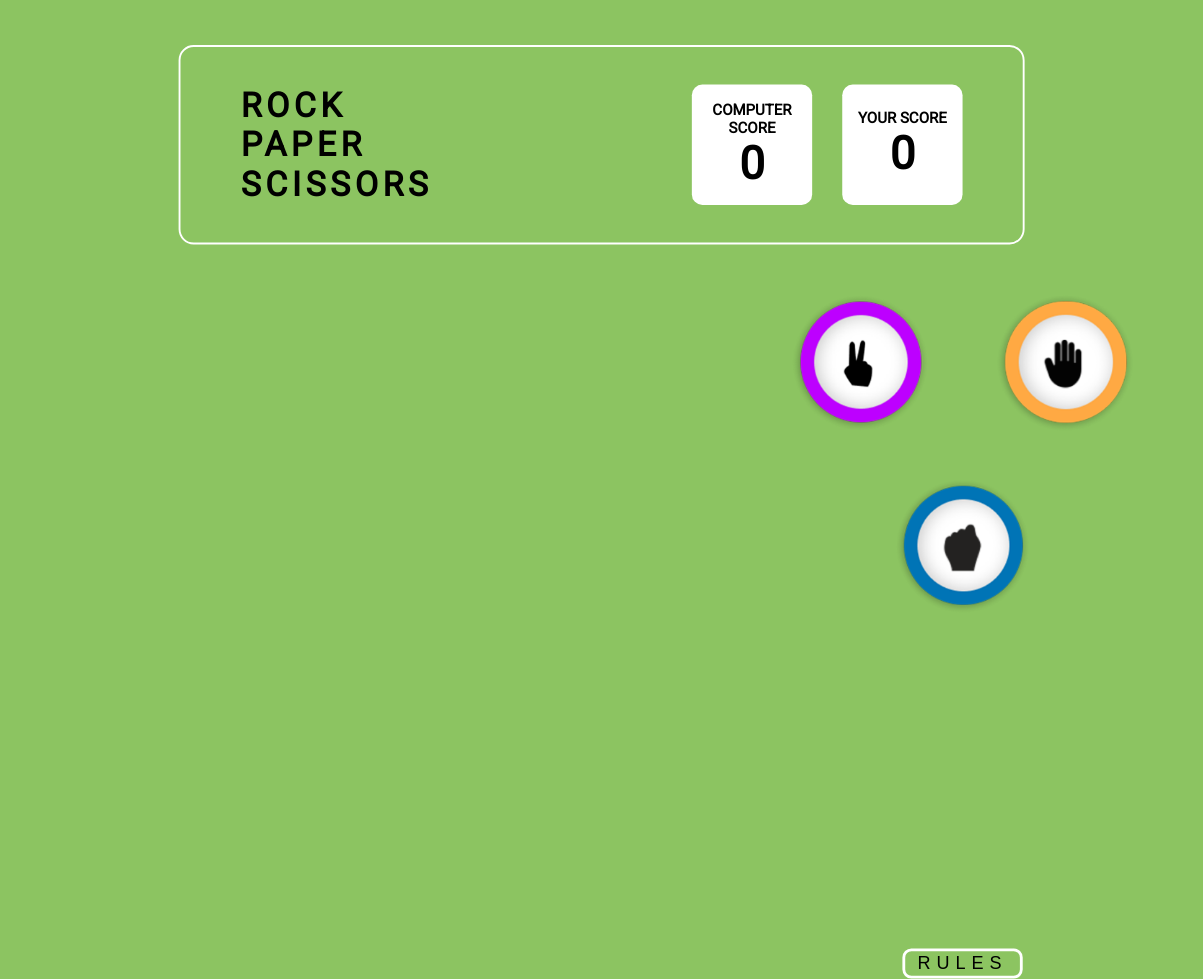
Repository: drumsmanku/Major-module-project-1
Page: index.html
An editor plug-in stored every save of this project. The page is shown before and after the next save, followed by the edit.
The browser window is 1280 px wide. The pictures show the whole page, at 94% of full size.

Above is the page before, as saved 2023-04-29 21:55:44.

After the next save:
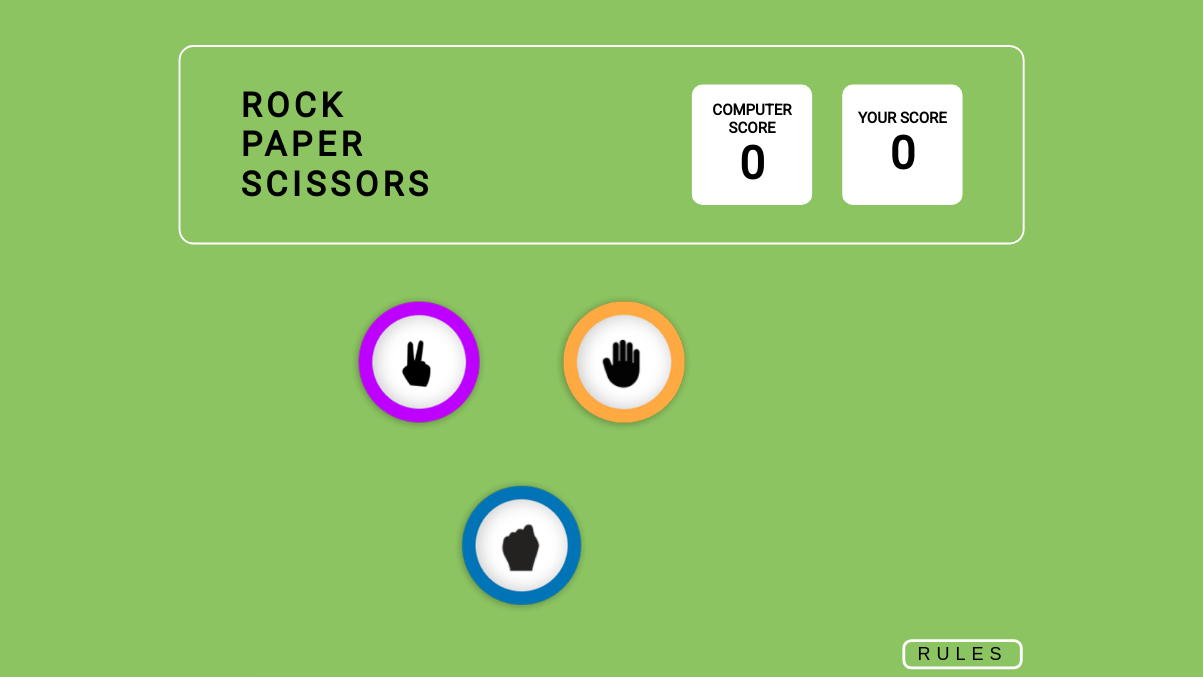
Saved 26 s later.
--- a/styles.css
+++ b/styles.css
@@ -80,6 +80,12 @@ body{
   justify-content: space-between;
 }
 .second-main-container{
+  display: flex;
+  flex-direction: row;
+  justify-content: flex-end;
+  width: 100vw;
+}
+.second-main-main-first-container{
   display: flex;
   flex-direction: row;
   justify-content: flex-end;
